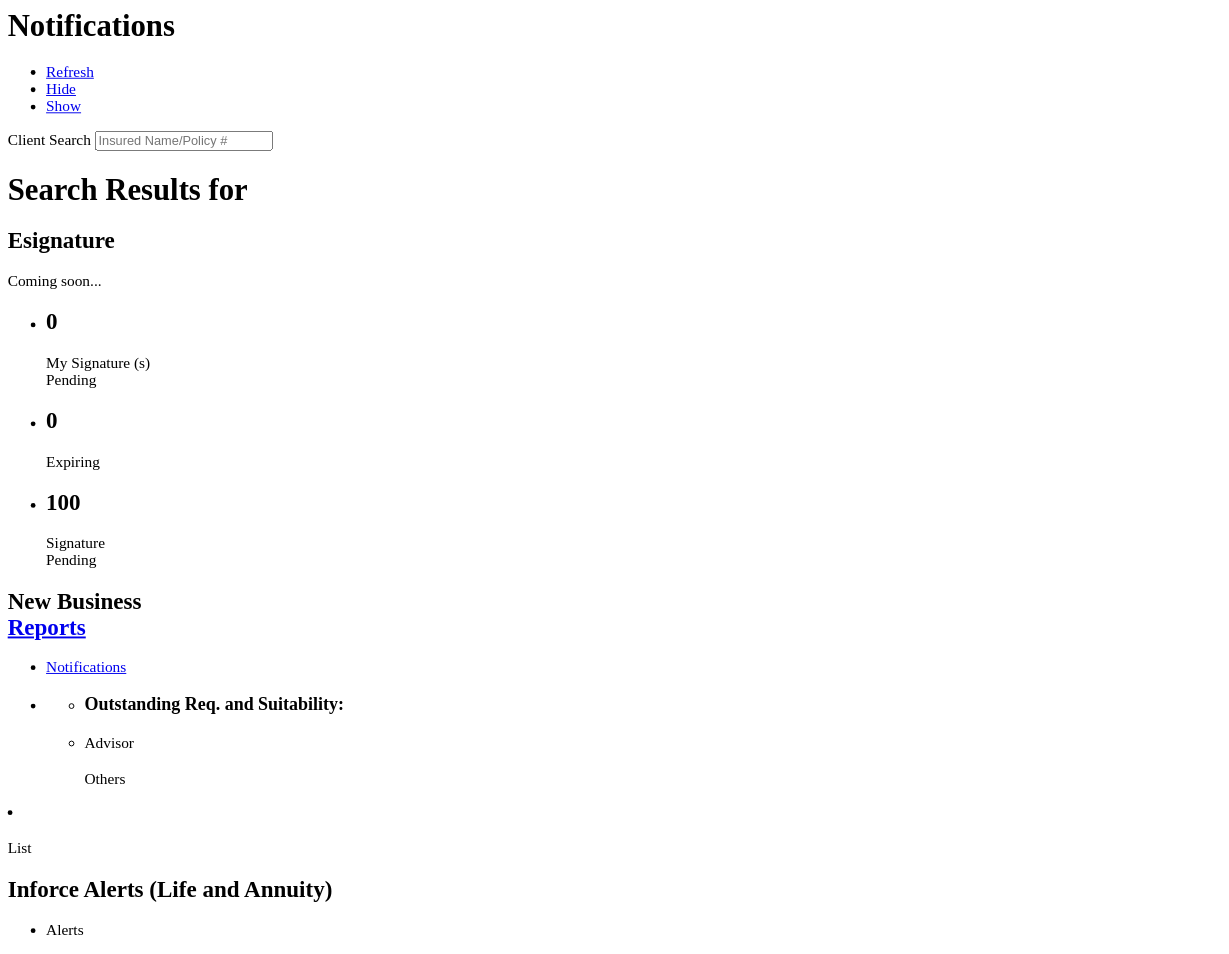
Repository: thakurvishal1990/angular_demo
Page: partials/dashboard.html
The author's editor kept a record of every edit. The page is drawn from the files as they stood at one moment, then again after the next edit.
The browser window is 1280 px wide. The pictures show the whole page, at 96% of full size.

Above is the page before.

After the next edit:
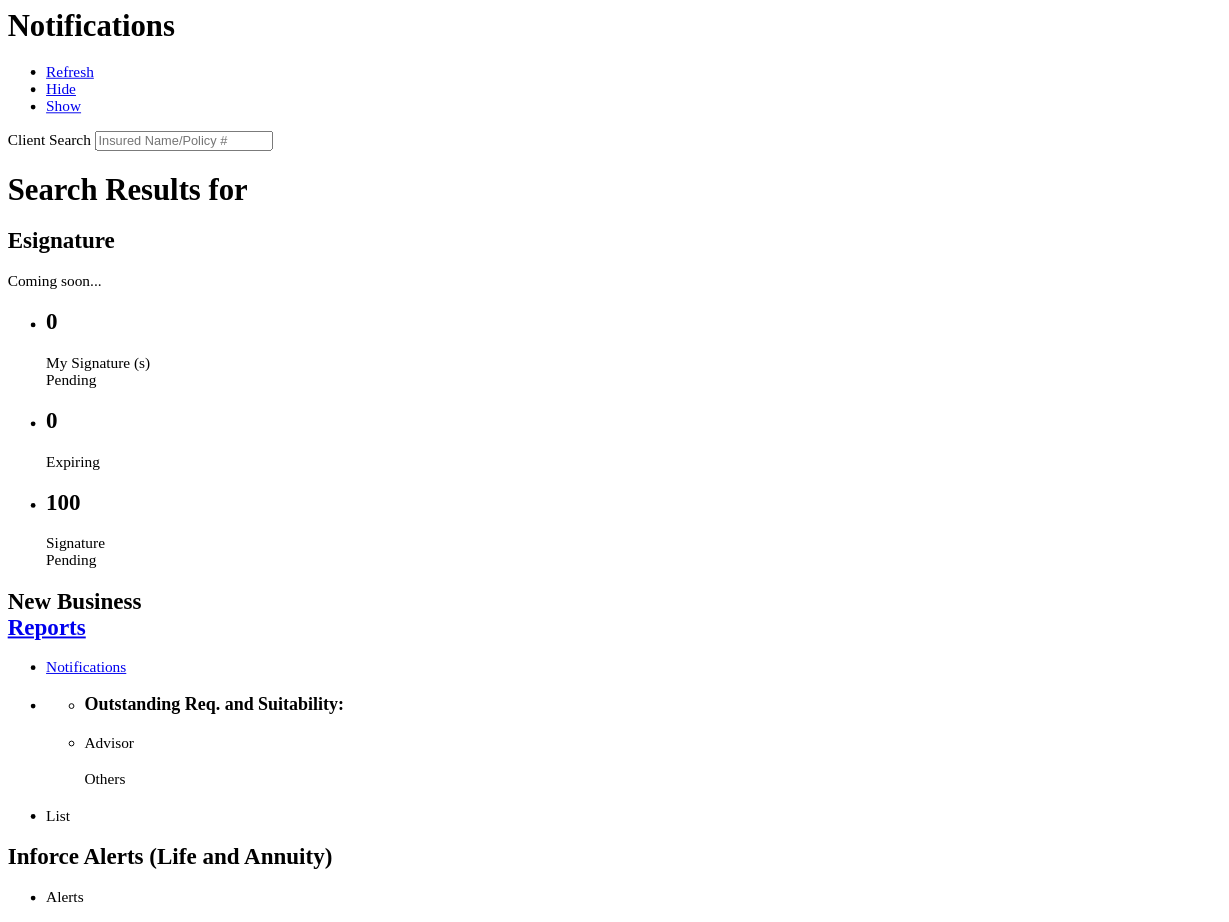
The edit:
--- a/partials/dashboard.html
+++ b/partials/dashboard.html
@@ -131,7 +131,7 @@
 																<span class="pull-right dashboard-service-center-right-arrow-wrapper right-arrow-wrapper"> </span>
 															</div>
 
-														</li>
+														</a>
 													</div>
 												</li>
 											</ul>
